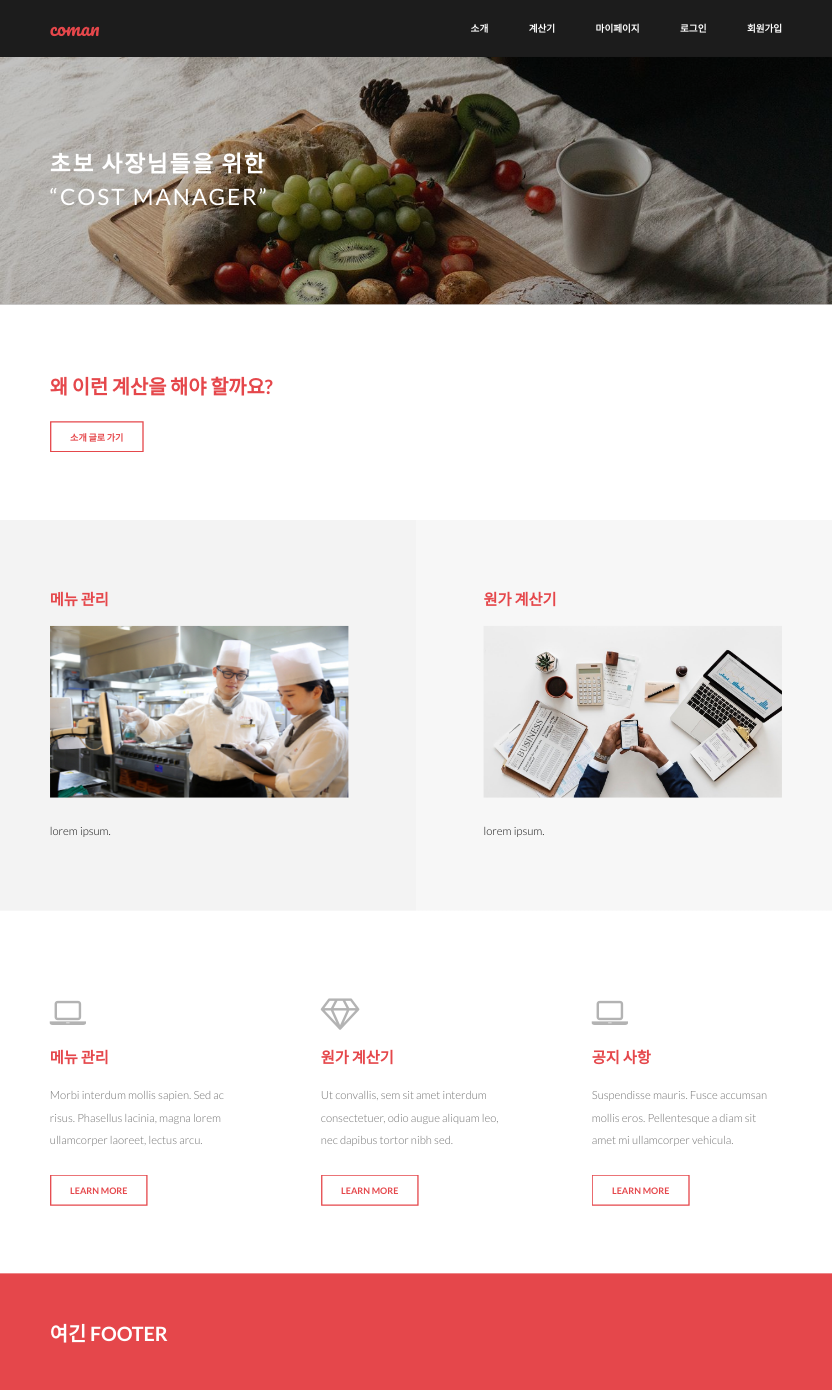
Repository: sseongsu/web1
Page: http://localhost/Project/
The author's editor kept a copy of each file at every save. The page is drawn from the files as they stood at one save, then again after the next save.
The browser window is 1280 px wide. The pictures show the whole page, at 65% of full size.
The page is served by Tomcat 9.

Above is the page before, as saved 2021-03-12 05:43:52.

After the next save:
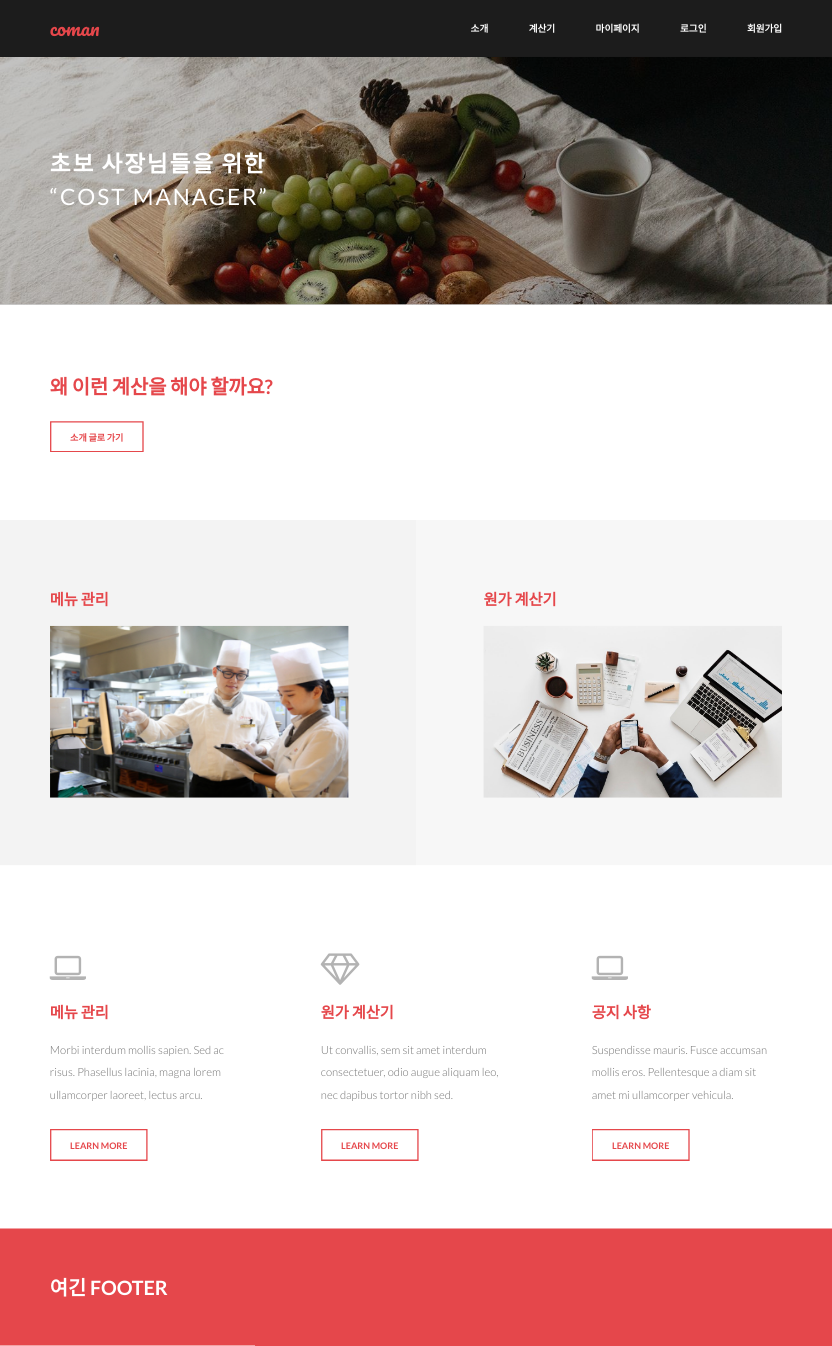
Saved 26 s later.
--- a/Project/src/main/webapp/index.jsp
+++ b/Project/src/main/webapp/index.jsp
@@ -59,7 +59,7 @@
 							<div class="image fit">
 								<img src="./images/pica01.png" alt="" />
 							</div>
-							<p>lorem ipsum.</p>
+							<!-- <p>lorem ipsum.</p>  -->
 						</div>
 					</article>
 					<article class="alt">
@@ -70,7 +70,7 @@
 							<div class="image fit">
 								<img src="./images/pic02.jpg" alt="" />
 							</div>
-							<p>lorem ipsum.</p>
+							<!-- <p>lorem ipsum.</p>  -->
 						</div>
 					</article>
 				</div>
